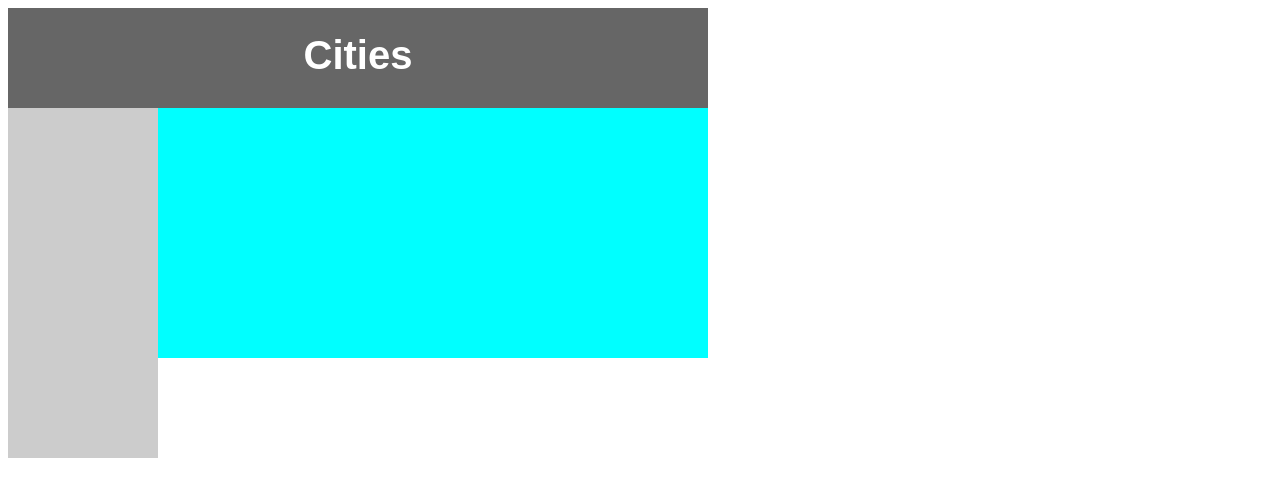
Repository: LongNguyen2504/T3H-FrondEnd
Page: Lesson3_CSS_HomeWork1.html
The author's editor kept a copy of each file at every save. The page is drawn from the files as they stood at one save, then again after the next save.
The browser window is 1280 px wide. The pictures show the whole page.

Above is the page before, as saved 2021-12-01 17:37:50.

After the next save:
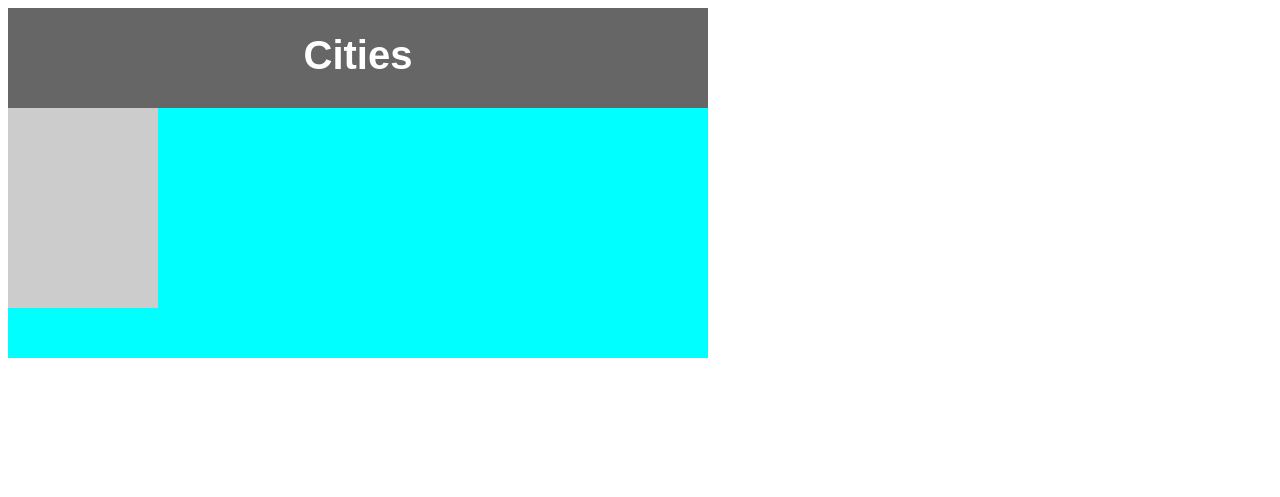
Saved 11 s later.
--- a/Lesson3_CSS_HomeWork1.css
+++ b/Lesson3_CSS_HomeWork1.css
@@ -21,6 +21,6 @@ div.div-text-city{
 }
 div.list{
     width: 150px;
-    height: 350px;
+    height: 200px;
     background-color: #cccccc;
 }
